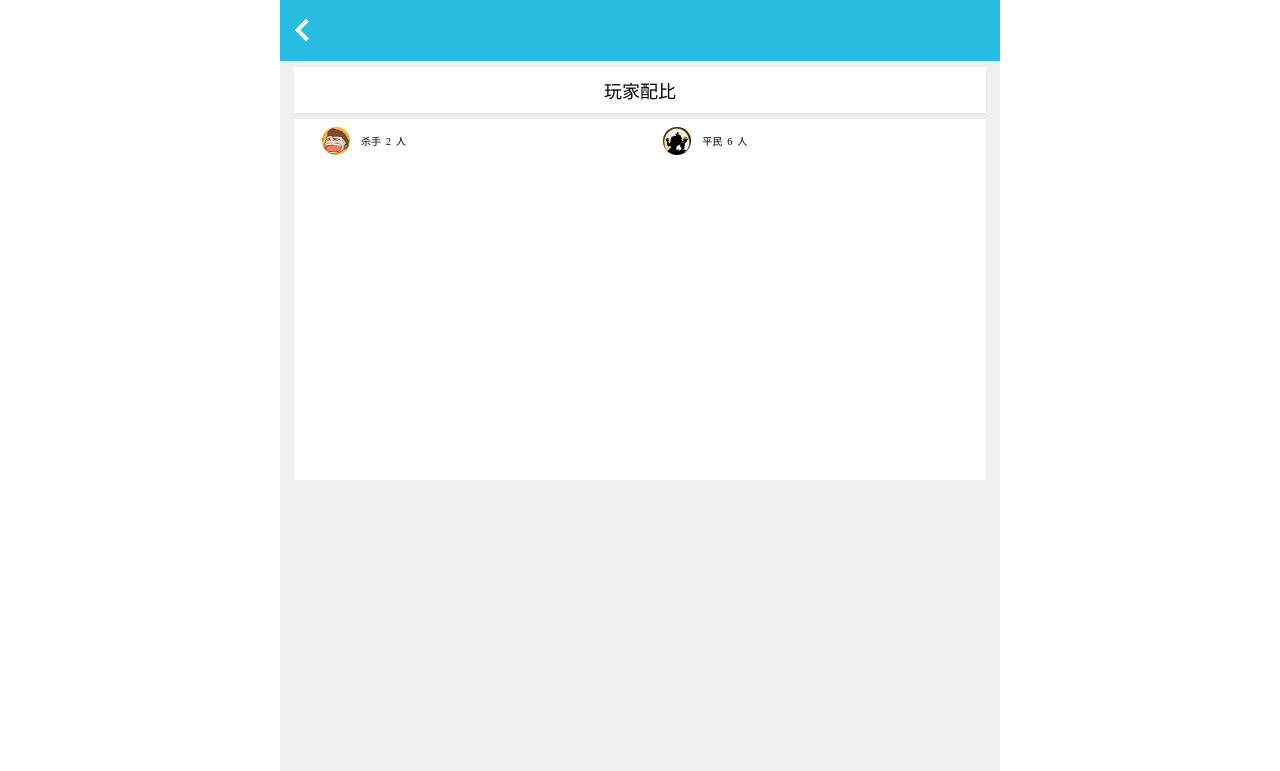
Repository: leozhangpd/My-Codes
Page: JS/two-project/deploy_page.html
An editor plug-in stored every save of this project. The page is shown before and after a run of saves, followed by the edit.
The browser window is 1280 px wide. The pictures show the whole page.

Above is the page before, as saved 2020-11-09 16:52:57.

### JS/two-project/deploy_page.html
<!DOCTYPE html>
<html lang="en">
    <head>
        <meta charset="UTF-8">
        <meta name="viewport" content="width=device-width,initial-scale=1.0,maximum-scale=1.0,user-scalable=0" />
        <link rel="stylesheet" href="css/deploy_page.css" type="text/css">
        <title>匹配</title>
    </head>
    <body>
        <header>
            <a href='home_page.html'></a>
        </header>
        <main>
            <div class="title">玩家配比</div>
            <ul class="list">
                <li>
                    <img src="images/footman.png">
                    <span>杀手&nbsp;&nbsp;2&nbsp;&nbsp;人</span>
                </li>
                <li>
                    <img src="images/wolf.png">
                    <span>平民&nbsp;&nbsp;6&nbsp;&nbsp;人</span>
                </li>
            </ul>
            <div class="work-group"></div>
        </main>
        <footer></footer>
    </body>
</html>

### JS/two-project/css/deploy_page.css
ul{
    list-style-type: none;
    margin: 0;padding: 0;
}
button{
    outline: none;
    border:none;
}
html{
    font-size: 62.5%;
    background: #fff;
    height: 100vh;
}
body{
    height: 100%;
    margin:0 auto;
    padding-bottom: 4%;
    max-width: 720px;
    min-width: 320px;
    background: #f0f0f0;
}
header{
    padding: 3% 5% 3% 2.5%;
    background-color: #29bde0;
}
header>a{
    display: inline-block;
    padding: 8px;
    box-shadow: inset 4px -4px 0 0 #ffffff;
    transform: rotate(45deg);
}
header>button div{
    margin-top: .5rem;
    height: .3rem;
    background-color: #fff;
}
main{
    margin:0 auto;
    width: 96%;
}
main>*{background-color: #fff;}
.title{
    padding: 1rem 0;
    margin: .6rem 0;
    text-align: center;
    font-size: 1.8rem;
    font-weight: 540;
    box-shadow: 1px 2px 2px -1px rgb(218, 218, 218);
}
.list{
    height: 23rem;
    padding: 8px 0;
    box-shadow: 0 2px 0 -1px rgb(218, 218, 218);
}
.list>li{
    display: inline-block;
    width: 45%;
    margin-left: 4%;
}
.list img{
    float: left;
    width: 28px;
    border-radius: 50%;
}
.list>li>span{
    display: block;
    padding: 6px 0 0 39px;
}
.work-group{
    height: 11.5rem;
}

After the next 5 saves:
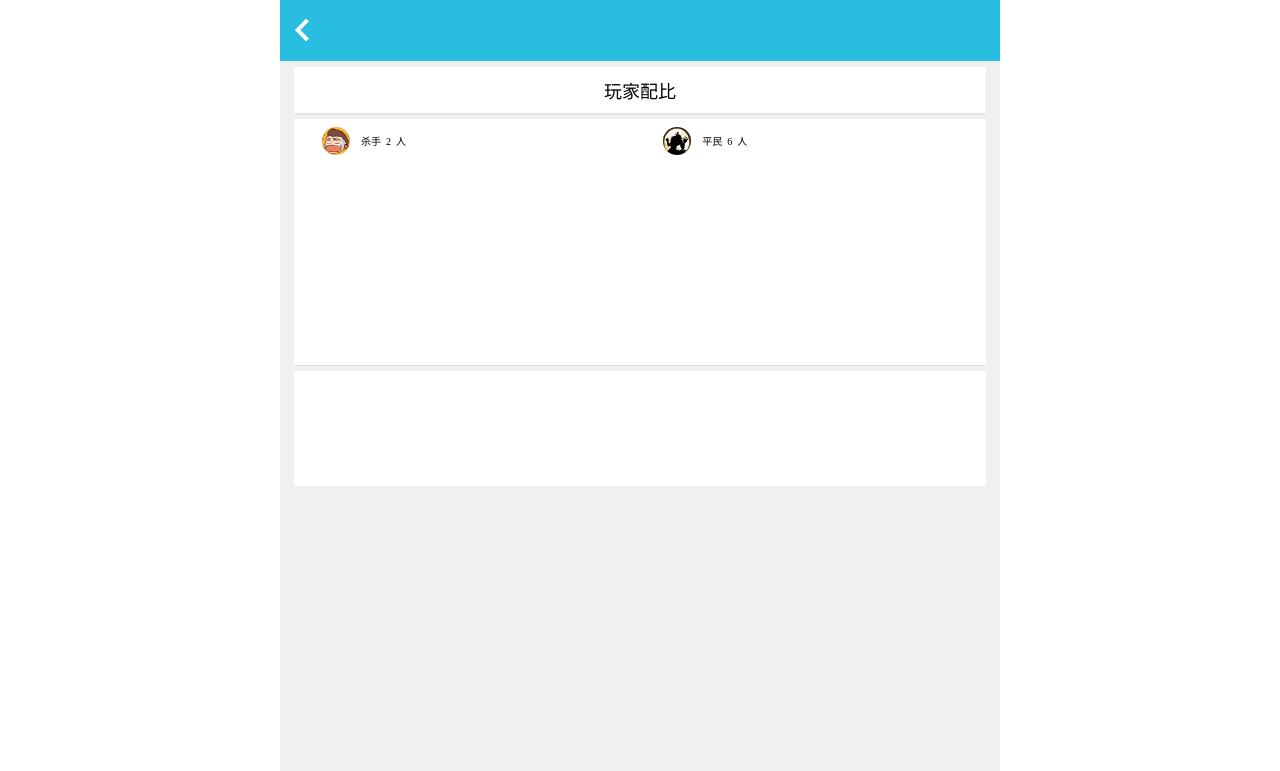
The 5 saves are shown as one change because they came seconds apart.
The last was saved 18 s later.
--- a/JS/two-project/css/deploy_page.css
+++ b/JS/two-project/css/deploy_page.css
@@ -67,5 +67,6 @@ main>*{background-color: #fff;}
     padding: 6px 0 0 39px;
 }
 .work-group{
+    margin: .6rem 0;
     height: 11.5rem;
 }
